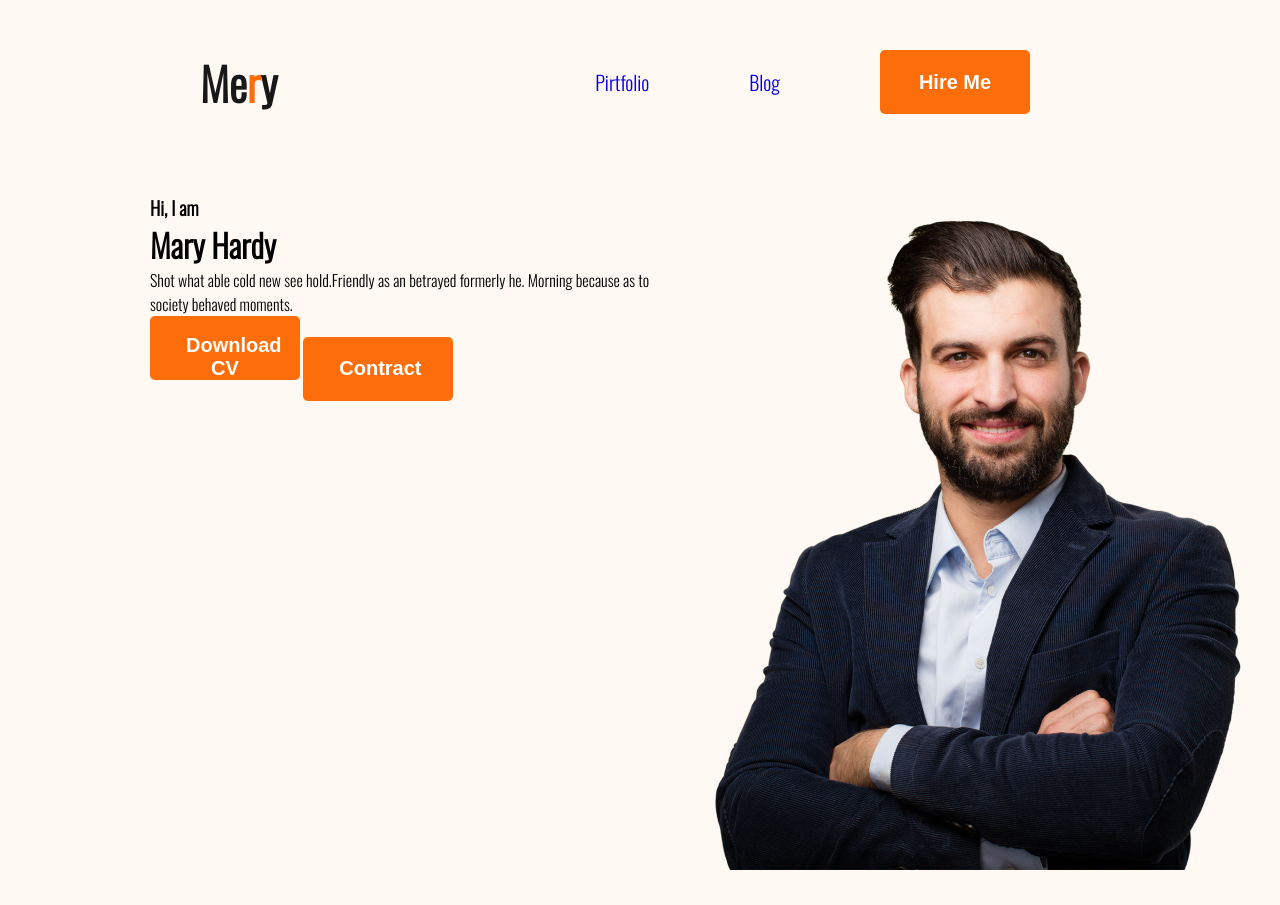
Repository: sumonkumarsarkar/my-website-personal
Page: index.html
The author's editor kept a copy of each file at every save. The page is drawn from the files as they stood at one save, then again after the next save.
The browser window is 1280 px wide. The pictures show the whole page.

Above is the page before, as saved 2024-01-06 09:21:28.

### index.html
<!DOCTYPE html>
<html lang="en">
<head>
    <meta charset="UTF-8">
    <meta name="viewport" content="width=device-width, initial-scale=1.0">
    <title>My Personal Website</title>
    <link rel="preconnect" href="https://fonts.googleapis.com">
    <link rel="preconnect" href="https://fonts.gstatic.com" crossorigin>
    <link href="https://fonts.googleapis.com/css2?family=Open+Sans:wght@700;800&family=Oswald:wght@300&display=swap" rel="stylesheet">
    <link rel="stylesheet" href="./style.css">
</head>
<body>
    <header class="header">
        <nav>
            <h3 class="nav-title">Me<span class="text-primary">r</span>y</h3>
            <ul>
                <li ><a href="#">Pirtfolio</a></li>
                <li ><a href="#">Blog</a></li>
                <li ><button type="button" class="btn-button">Hire Me</button></li>
            </ul>
        </nav>

        <div class="banner">
            <div>
                <h3>Hi, I  am</h3>
                <h1>Mary Hardy</h1>
                <p>Shot what able cold new see hold.Friendly as an betrayed formerly he. Morning because as to society behaved moments.</p>
                <button class="btn-button">Download CV</button>
                <button class="btn-button" type="button">Contract</button>
            </div>
            <div>
                <img class="profile-picture" src="./images/hardy.png" alt="">
            </div>

        </div>
    </header>
</body>
</html>

### style.css
*{
    margin: 0;
    padding: 0;
}
body{
    font-family: 'Open Sans', sans-serif;
      font-family: 'Oswald', sans-serif;
}
nav{
    display: flex;
   align-items: center;
    justify-content:space-between;
    margin: 0 200px;
}

.nav-title{
    font-size:45px;
    color:#181818;
    line-height: normal;
    font-weight: 800;
}
.text-primary{

    color:#FD6E0A;

}
nav ul{
    display:flex;
   align-items: center;
}
nav a{
    text-decoration:none;
}
nav li{
 list-style: none;
 margin:50px;
font-size:20px;
color:#474747;
text-align:center;
}

.btn-button{
    height:64px;
    width: 150px;
    color: #ffff;
    background: #FD6E0A;
    border-radius: 5px;
    font-size: 20px;
    border:0;
    font-weight: 700;
    padding: 18px 36px;
}

.header{

    background: #FFF8F3;
}
.banner{
    padding: 30px 30px 30px 150px;
    display: flex;
}
.profile-picture{
    height: 676px;
    width: 584px;
}

After the next save:
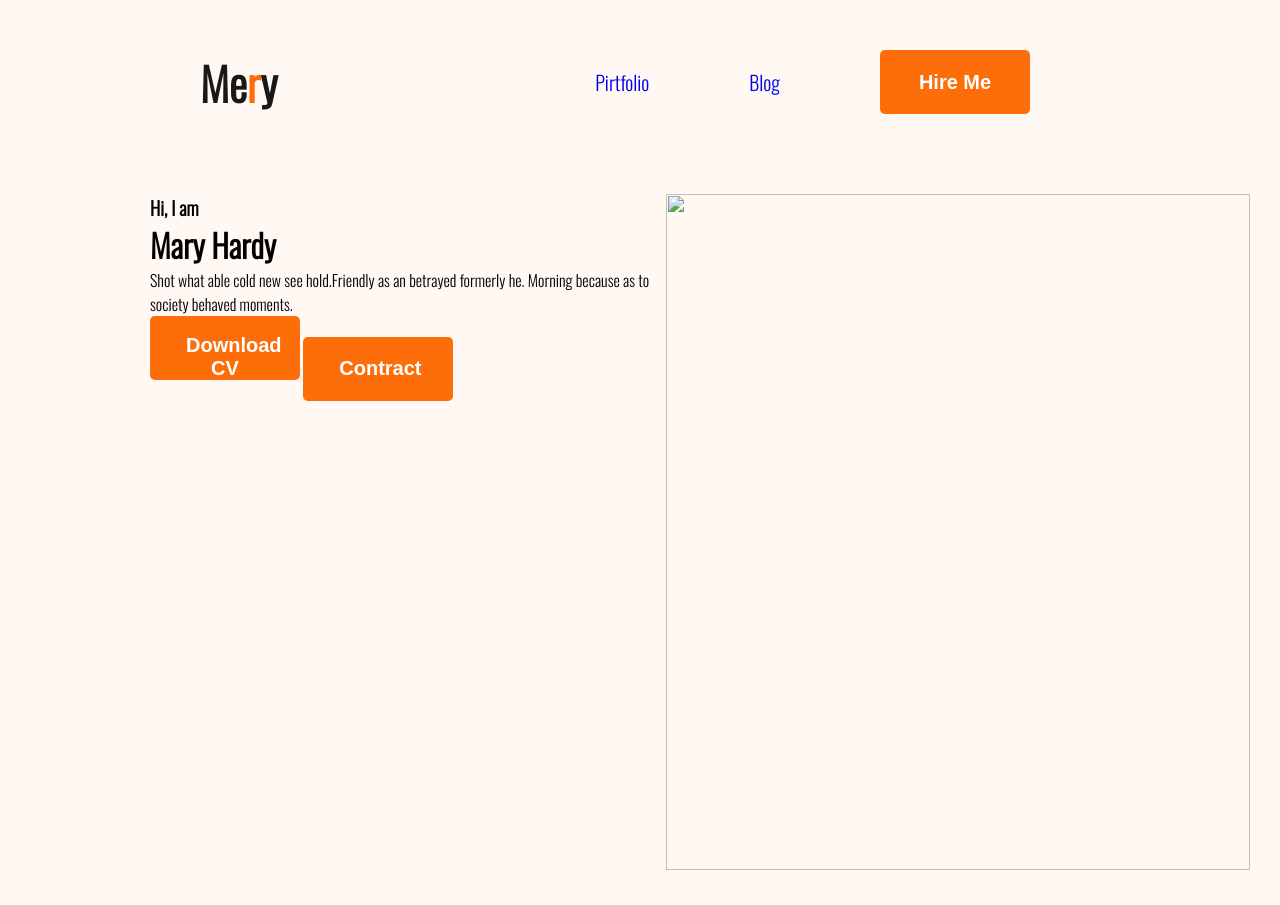
Not found: images/hardy.png
Saved 24 s later.
--- a/index.html
+++ b/index.html
@@ -29,7 +29,7 @@
                 <button class="btn-button" type="button">Contract</button>
             </div>
             <div>
-                <img class="profile-picture" src="./images/hardy.png" alt="">
+                <img class="profile-picture" src="./   images/hardy.png" alt="">
             </div>
 
         </div>
